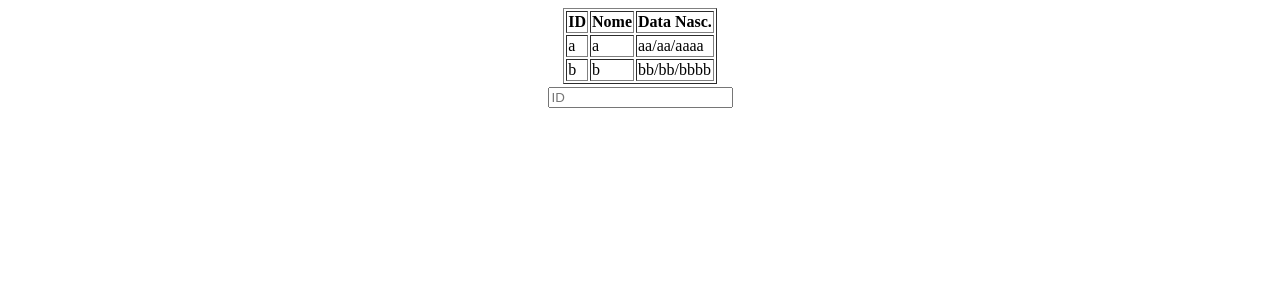
Repository: Frm2003/Laboratorio-de-Banco-de-Dados
Page: ExemploHTML/src/main/webapp/index.html
An editor plug-in stored every save of this project. The page is shown before and after the next save, followed by the edit.
The browser window is 1280 px wide. The pictures show the whole page.

Above is the page before, as saved 2023-08-08 12:50:22.

After the next save:
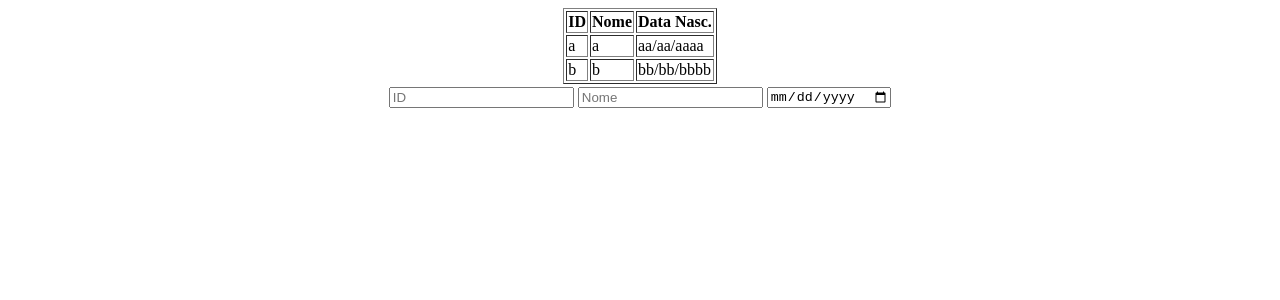
Saved 2 min 25 s later.
--- a/ExemploHTML/src/main/webapp/index.html
+++ b/ExemploHTML/src/main/webapp/index.html
@@ -37,6 +37,12 @@
 				<td>
 					<input type="number" id="id" name="id" min="0" step="1" placeholder="ID" required="required">
 				</td>
+				<td>
+					<input type="text" id="nome" name="nome" placeholder="Nome" required="required">
+				</td>
+				<td>
+					<input type="date" id="dataNasc" name="dataNasc" placeholder="Data de Nasc." required="required">
+				</td>
 			</tr>
 		</table>
 	</div>
